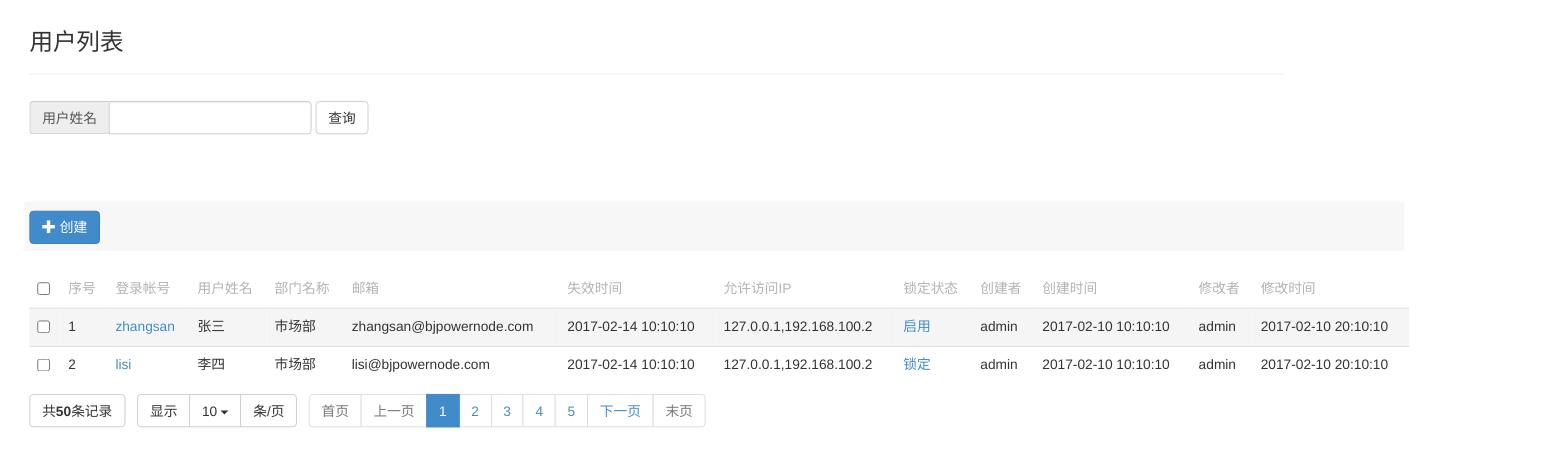
Repository: yangxshn/hsf
Page: hsf/user_consumer/src/main/webapp/index.html
These files come from the project's save history. The page is drawn as it stood at one moment and after the next save; the edit follows.
The browser window is 1280 px wide. The page is 1595 px wide, then 1438 px, so the pictures cover 1595 px, including what lies to the right of the window. The pictures show the whole page, at 98% of full size.

Above is the page before, as saved 2017-09-29 06:45:12.

### hsf/user_consumer/src/main/webapp/index.html
<!DOCTYPE html>
<html>
<head>
<meta charset="UTF-8">
<link href="static/bootstrap_3.3.0/css/bootstrap.min.css" type="text/css" rel="stylesheet" />

<script type="text/javascript" src="static/jquery-1.11.1-min.js"></script>
<script type="text/javascript" src="static/bootstrap_3.3.0/js/bootstrap.min.js"></script>
</head>
<body>

	<!-- 创建用户的模态窗口 -->
	<div class="modal fade" id="createUserModal" role="dialog">
		<div class="modal-dialog" role="document" style="width: 90%;">
			<div class="modal-content">
				<div class="modal-header">
					<button type="button" class="close" data-dismiss="modal">
						<span aria-hidden="true">×</span>
					</button>
					<h4 class="modal-title" id="myModalLabel">新增用户</h4>
				</div>
				<div class="modal-body">

					<form class="form-horizontal" role="form">

						<div class="form-group">
							<label for="create-loginActNo" class="col-sm-2 control-label">登录帐号<span style="font-size: 15px; color: red;">*</span></label>
							<div class="col-sm-10" style="width: 300px;">
								<input type="text" class="form-control" id="create-loginActNo">
							</div>
							<label for="create-username" class="col-sm-2 control-label">用户姓名</label>
							<div class="col-sm-10" style="width: 300px;">
								<input type="text" class="form-control" id="create-username">
							</div>
						</div>
						<div class="form-group">
							<label for="create-loginPwd" class="col-sm-2 control-label">登录密码<span style="font-size: 15px; color: red;">*</span></label>
							<div class="col-sm-10" style="width: 300px;">
								<input type="password" class="form-control" id="create-loginPwd">
							</div>
							<label for="create-confirmPwd" class="col-sm-2 control-label">确认密码<span style="font-size: 15px; color: red;">*</span></label>
							<div class="col-sm-10" style="width: 300px;">
								<input type="password" class="form-control" id="create-confirmPwd">
							</div>
						</div>
						<div class="form-group">
							<label for="create-email" class="col-sm-2 control-label">邮箱</label>
							<div class="col-sm-10" style="width: 300px;">
								<input type="text" class="form-control" id="create-email">
							</div>
							<label for="create-expireTime" class="col-sm-2 control-label">失效时间</label>
							<div class="col-sm-10" style="width: 300px;">
								<input type="text" class="form-control" id="create-expireTime">
							</div>
						</div>
						<div class="form-group">
							<label for="create-lockStatus" class="col-sm-2 control-label">锁定状态</label>
							<div class="col-sm-10" style="width: 300px;">
								<select class="form-control" id="create-lockStatus">
								  <option></option>
								  <option>启用</option>
								  <option>锁定</option>
								</select>
							</div>
							<label for="create-org" class="col-sm-2 control-label">部门<span style="font-size: 15px; color: red;">*</span></label>
							<div class="col-sm-10" style="width: 300px;">
								<input type="text" class="form-control" id="create-org" placeholder="输入部门名称，自动补全">
							</div>
						</div>
						<div class="form-group">
							<label for="create-allowIps" class="col-sm-2 control-label">允许访问的IP</label>
							<div class="col-sm-10" style="width: 300px;">
								<input type="text" class="form-control" id="create-allowIps" style="width: 280%" placeholder="多个用逗号隔开">
							</div>
						</div>
					</form>
				</div>
				<div class="modal-footer">
					<button type="button" class="btn btn-default" data-dismiss="modal">关闭</button>
					<button type="button" class="btn btn-primary" data-dismiss="modal">保存</button>
				</div>
			</div>
		</div>
	</div>


	<div>
		<div style="position: relative; left: 30px; top: -10px;">
			<div class="page-header">
				<h3>用户列表</h3>
			</div>
		</div>
	</div>

	<div class="btn-toolbar" role="toolbar" style="position: relative; height: 80px; left: 30px; top: -10px;">
		<form class="form-inline" role="form" style="position: relative;top: 8%; left: 5px;">

		  <div class="form-group">
		    <div class="input-group">
		      <div class="input-group-addon">用户姓名</div>
		      <input class="form-control" type="text">
		    </div>
		  </div>

		  <button type="submit" class="btn btn-default">查询</button>

		</form>
	</div>


	<div class="btn-toolbar" role="toolbar" style="background-color: #F7F7F7; height: 50px; position: relative;left: 30px; width: 110%; top: 20px;">
		<div class="btn-group" style="position: relative; top: 18%;">
		  <button type="button" class="btn btn-primary" data-toggle="modal" data-target="#createUserModal"><span class="glyphicon glyphicon-plus"></span> 创建</button>
		</div>
	</div>

	<div style="position: relative; left: 30px; top: 40px; width: 110%">
		<table class="table table-hover">
			<thead>
				<tr style="color: #B3B3B3;">
					<td><input type="checkbox" /></td>
					<td>序号</td>
					<td>登录帐号</td>
					<td>用户姓名</td>
					<td>部门名称</td>
					<td>邮箱</td>
					<td>失效时间</td>
					<td>允许访问IP</td>
					<td>锁定状态</td>
					<td>创建者</td>
					<td>创建时间</td>
					<td>修改者</td>
					<td>修改时间</td>
				</tr>
			</thead>
			<tbody>
				<tr class="active">
					<td><input type="checkbox" /></td>
					<td>1</td>
					<td><a  href="detail.html">zhangsan</a></td>
					<td>张三</td>
					<td>市场部</td>
					<td>zhangsan@bjpowernode.com</td>
					<td>2017-02-14 10:10:10</td>
					<td>127.0.0.1,192.168.100.2</td>
					<td><a href="javascript:void(0);" onclick="window.confirm('您确定要锁定该用户吗？');" style="text-decoration: none;">启用</a></td>
					<td>admin</td>
					<td>2017-02-10 10:10:10</td>
					<td>admin</td>
					<td>2017-02-10 20:10:10</td>
				</tr>
				<tr>
					<td><input type="checkbox" /></td>
					<td>2</td>
					<td><a  href="detail.html">lisi</a></td>
					<td>李四</td>
					<td>市场部</td>
					<td>lisi@bjpowernode.com</td>
					<td>2017-02-14 10:10:10</td>
					<td>127.0.0.1,192.168.100.2</td>
					<td><a href="javascript:void(0);" onclick="window.confirm('您确定要启用该用户吗？');" style="text-decoration: none;">锁定</a></td>
					<td>admin</td>
					<td>2017-02-10 10:10:10</td>
					<td>admin</td>
					<td>2017-02-10 20:10:10</td>
				</tr>
			</tbody>
		</table>
	</div>

	<div style="height: 50px; position: relative;top: 30px; left: 30px;">
		<div>
			<button type="button" class="btn btn-default" style="cursor: default;">共<b>50</b>条记录</button>
		</div>
		<div class="btn-group" style="position: relative;top: -34px; left: 110px;">
			<button type="button" class="btn btn-default" style="cursor: default;">显示</button>
			<div class="btn-group">
				<button type="button" class="btn btn-default dropdown-toggle" data-toggle="dropdown">
					10
					<span class="caret"></span>
				</button>
				<ul class="dropdown-menu" role="menu">
					<li><a href="#">20</a></li>
					<li><a href="#">30</a></li>
				</ul>
			</div>
			<button type="button" class="btn btn-default" style="cursor: default;">条/页</button>
		</div>
		<div style="position: relative;top: -88px; left: 285px;">
			<nav>
				<ul class="pagination">
					<li class="disabled"><a href="#">首页</a></li>
					<li class="disabled"><a href="#">上一页</a></li>
					<li class="active"><a href="#">1</a></li>
					<li><a href="#">2</a></li>
					<li><a href="#">3</a></li>
					<li><a href="#">4</a></li>
					<li><a href="#">5</a></li>
					<li><a href="#">下一页</a></li>
					<li class="disabled"><a href="#">末页</a></li>
				</ul>
			</nav>
		</div>
	</div>

</body>
</html>

Loaded but not shown: hsf/user_consumer/src/main/webapp/static/bootstrap_3.3.0/css/bootstrap.min.css (library); hsf/user_consumer/src/main/webapp/static/jquery-1.11.1-min.js (library); hsf/user_consumer/src/main/webapp/static/bootstrap_3.3.0/js/bootstrap.min.js (library)

After the next save:
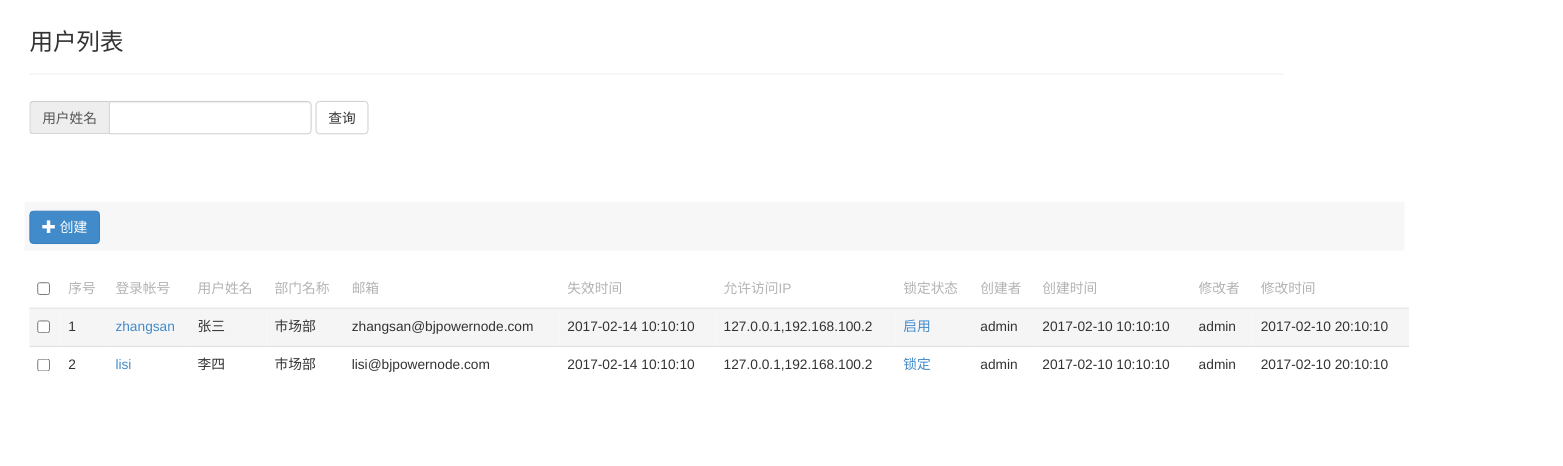
Saved 31 s later.
--- a/hsf/user_consumer/src/main/webapp/index.html
+++ b/hsf/user_consumer/src/main/webapp/index.html
@@ -168,40 +168,5 @@
 		</table>
 	</div>
 
-	<div style="height: 50px; position: relative;top: 30px; left: 30px;">
-		<div>
-			<button type="button" class="btn btn-default" style="cursor: default;">共<b>50</b>条记录</button>
-		</div>
-		<div class="btn-group" style="position: relative;top: -34px; left: 110px;">
-			<button type="button" class="btn btn-default" style="cursor: default;">显示</button>
-			<div class="btn-group">
-				<button type="button" class="btn btn-default dropdown-toggle" data-toggle="dropdown">
-					10
-					<span class="caret"></span>
-				</button>
-				<ul class="dropdown-menu" role="menu">
-					<li><a href="#">20</a></li>
-					<li><a href="#">30</a></li>
-				</ul>
-			</div>
-			<button type="button" class="btn btn-default" style="cursor: default;">条/页</button>
-		</div>
-		<div style="position: relative;top: -88px; left: 285px;">
-			<nav>
-				<ul class="pagination">
-					<li class="disabled"><a href="#">首页</a></li>
-					<li class="disabled"><a href="#">上一页</a></li>
-					<li class="active"><a href="#">1</a></li>
-					<li><a href="#">2</a></li>
-					<li><a href="#">3</a></li>
-					<li><a href="#">4</a></li>
-					<li><a href="#">5</a></li>
-					<li><a href="#">下一页</a></li>
-					<li class="disabled"><a href="#">末页</a></li>
-				</ul>
-			</nav>
-		</div>
-	</div>
-
 </body>
 </html>
